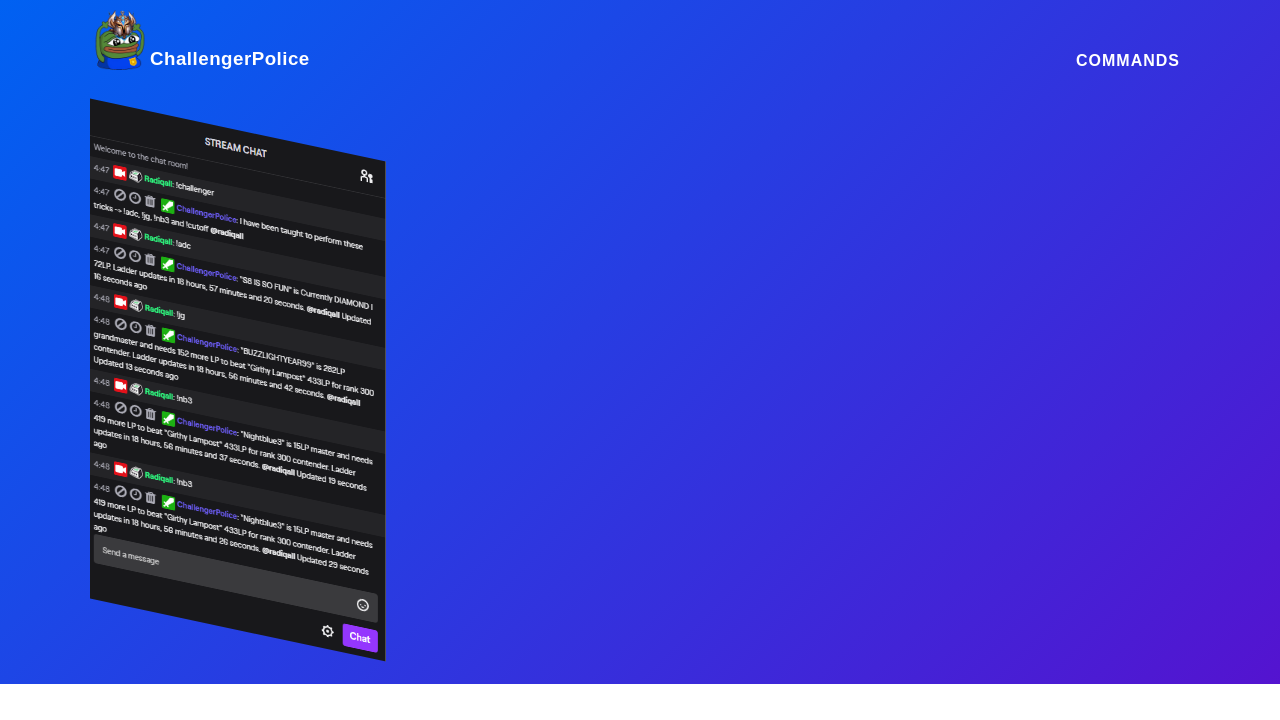
Repository: passbaan/challengerpolice
Page: index.html
These files come from the project's save history. The page is drawn as it stood at one moment and after the next save; the edit follows.
The browser window is 1280 px wide. The pictures show the whole page.
The style sheet was rebuilt from its Sass, Less or Tailwind sources for each picture, by a compiler version that may differ from the author's.

Above is the page before, as saved 2020-06-02 16:56:29.

After the next save:
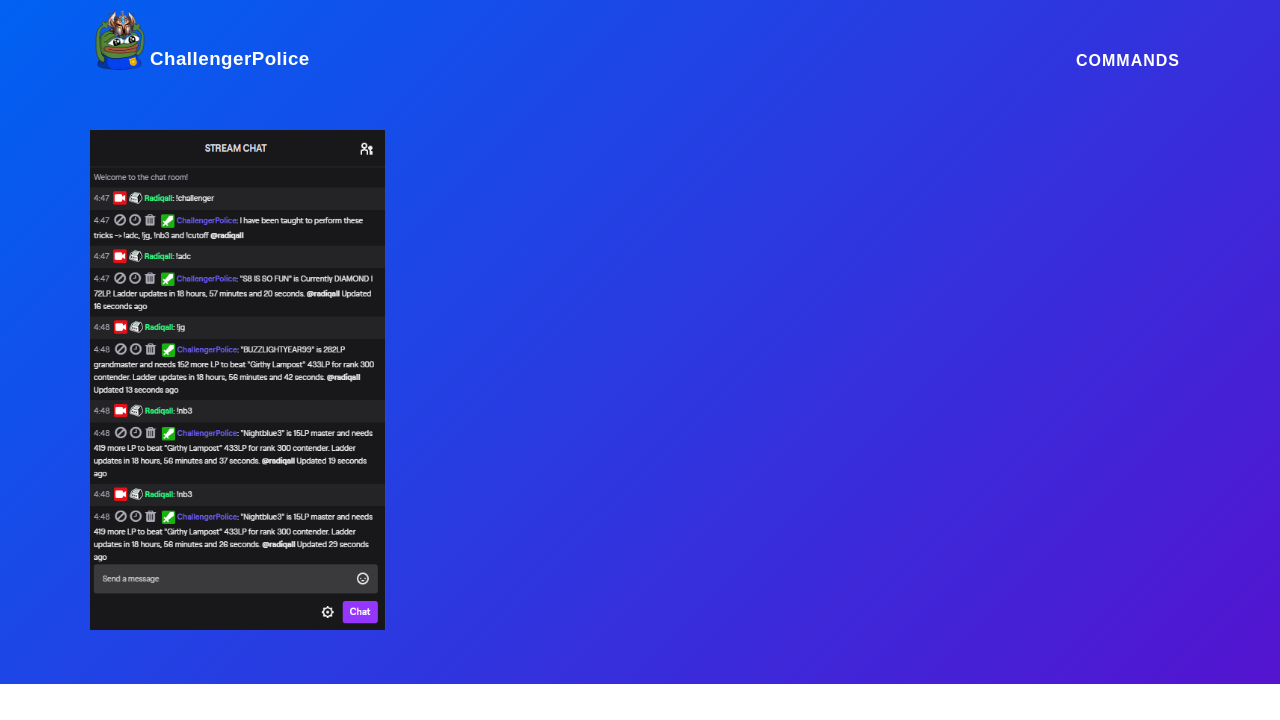
Saved 51 s later.
--- a/sass/main.scss
+++ b/sass/main.scss
@@ -53,7 +53,7 @@
     .hero-chat {
       img {
         height: 500px;
-        transform: skew(0deg, 12deg);
+        // transform: skew(0deg, 12deg);
       }
     }
   }
